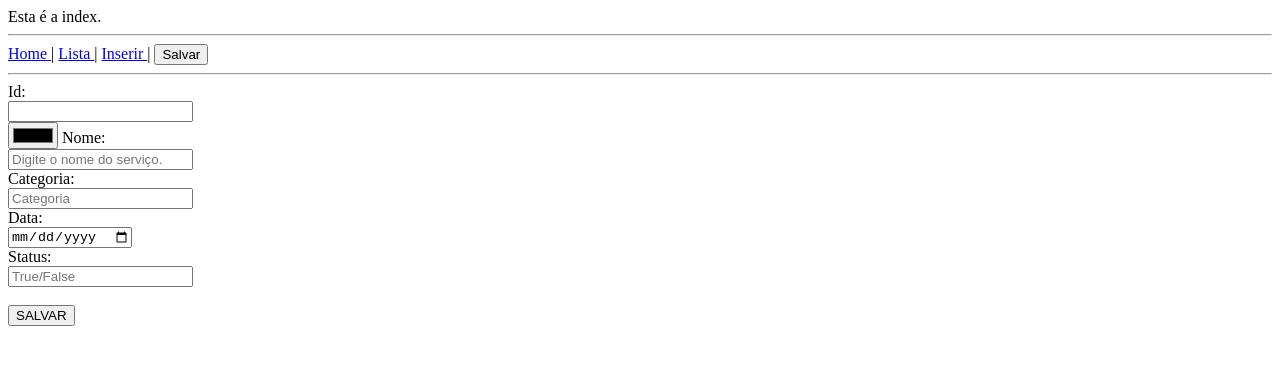
Repository: vivian-nakano/Projetos-Spring
Page: webmvc/src/main/resources/index.html
The author's editor kept a copy of each file at every save. The page is drawn from the files as they stood at one save, then again after the next save.
The browser window is 1280 px wide. The pictures show the whole page.
Some web libraries are served in a nearby version.

Above is the page before, as saved 2020-11-05 12:54:53.

### webmvc/src/main/resources/index.html
<!DOCTYPE html>
<html>
<head>
<meta charset="ISO-8859-1">
<title>Insert title here</title>

<script src="https://ajax.googleapis.com/ajax/libs/angularjs/1.6.9/angular.min.js"></script>
<!--faz veiculação com angular-->
<script src="controller.js"></script>

</head>
<body>

	Esta é a index.
	<hr>

	<a href="index.html"> Home </a> |
	<a href="lista.html"> Lista </a> |
	<a href="inserir.html"> Inserir </a> |
	<a href="inserir.html"> <button>Salvar</button></a>

	<hr>
	<form>
	Id: <br><input type="number" ng-model="id" readonly> <br>
	<input type="color">
	Nome: <br><input type="text" ng-model="nome" size="20" placeholder="Digite o nome do serviço."> <br>
	Categoria: <br><input type="text" ng-model="categoria" size="20" placeholder="Categoria"> <br>
	Data: <br><input type="date" ng-model="data" required> <br>
	Status: <br><input type="text" ng-model="pago" placeholder="True/False"> <br>
	<br>
	<!--<input type="submit"> -->
	<button ng-click="save"> SALVAR </button>

	</form>

</body>
</html>

Loaded but not shown: webmvc/src/main/resources/static/controller.js (no copy from this time; the picture is the same without it)

After the next save:
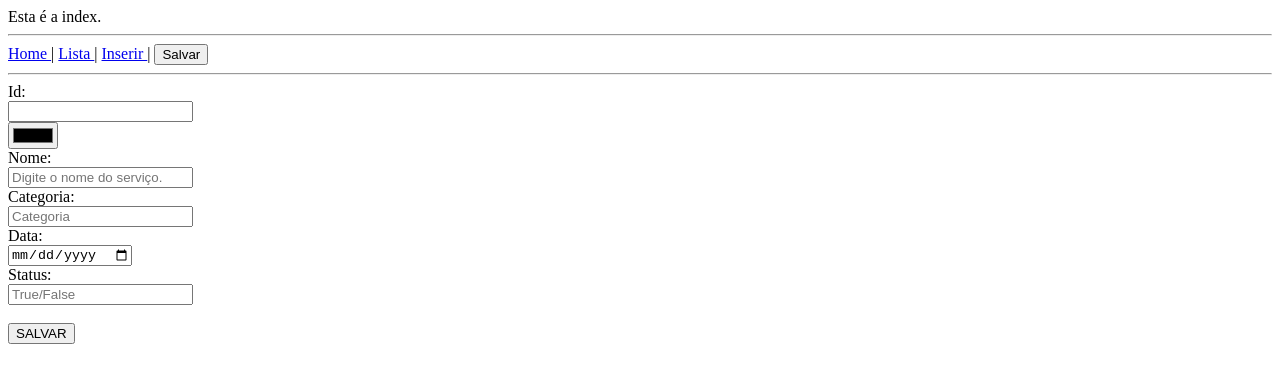
Saved 19 s later.
--- a/webmvc/src/main/resources/index.html
+++ b/webmvc/src/main/resources/index.html
@@ -22,7 +22,7 @@
 	<hr>
 	<form>
 	Id: <br><input type="number" ng-model="id" readonly> <br>
-	<input type="color">
+	<input type="color"> <br>
 	Nome: <br><input type="text" ng-model="nome" size="20" placeholder="Digite o nome do serviço."> <br>
 	Categoria: <br><input type="text" ng-model="categoria" size="20" placeholder="Categoria"> <br>
 	Data: <br><input type="date" ng-model="data" required> <br>
